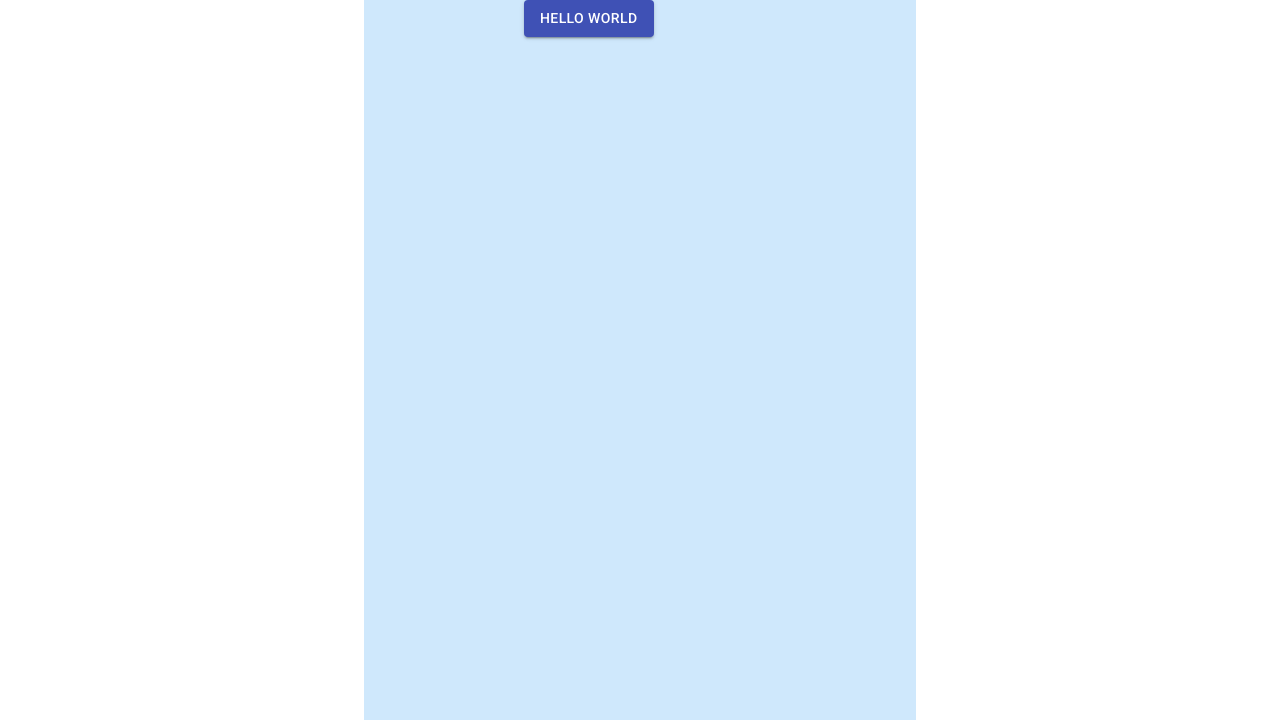
Repository: cherguiyacine/gitHubSearch
Page: /
The author's editor kept a copy of each file at every save. The page is drawn from the files as they stood at one save, then again after the next save.
The browser window is 1280 px wide. The pictures show the whole page.
The project was rebuilt for these pictures with package versions that can differ from the ones it lists, and the page was loaded fresh each time. Also part of the build but not shown: src/Component/Layout/Navbar.js, src/Component/Users/UserItem.js, src/Component/Layout/Spinner.js, src/Component/Users/Users.js, src/Component/Users/Search.js, src/App.js.

Above is the page before, as saved 2019-11-21 23:33:38.

After the next save:
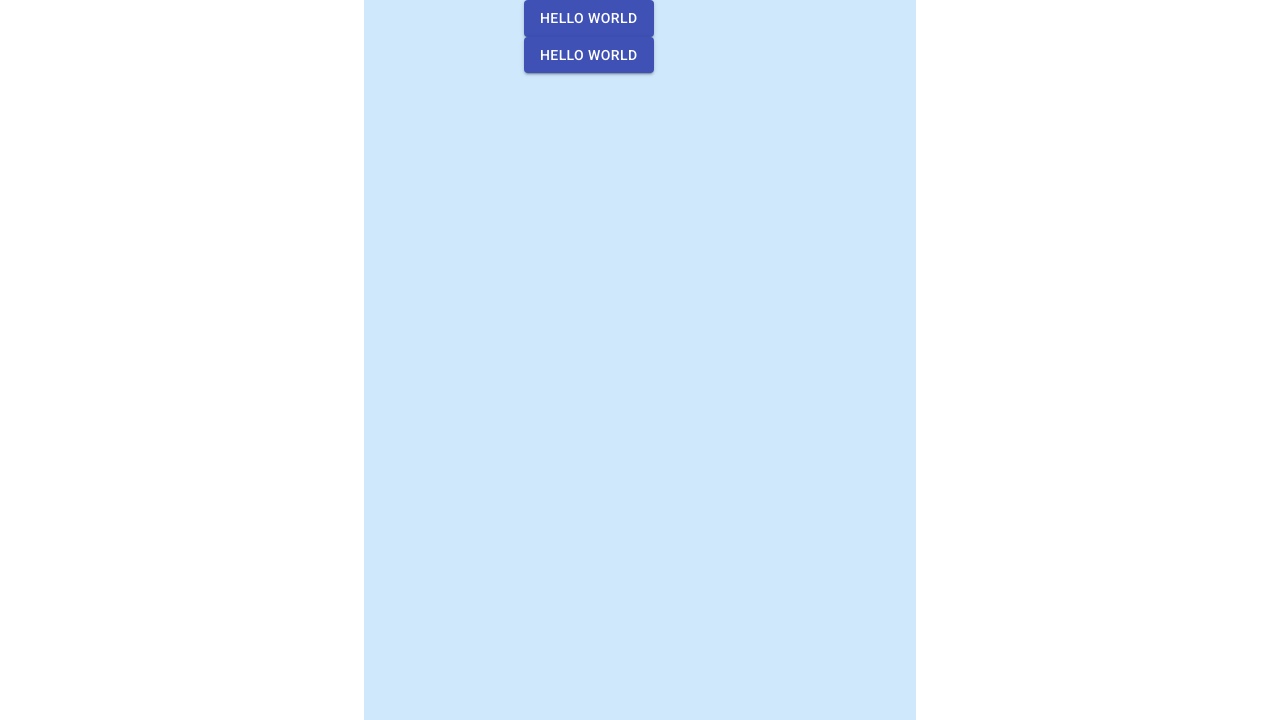
Saved 48 s later.
--- a/src/Authentification.js
+++ b/src/Authentification.js
@@ -33,6 +33,15 @@
                 Hello World
               </Button>
             </Box>
+            <Box component='span' m={20}>
+              <Button
+                onClick={this.onClick}
+                variant='contained'
+                color='primary'
+              >
+                Hello World
+              </Button>
+            </Box>
           </Typography>
         </Container>
       </React.Fragment>

After the save that followed:
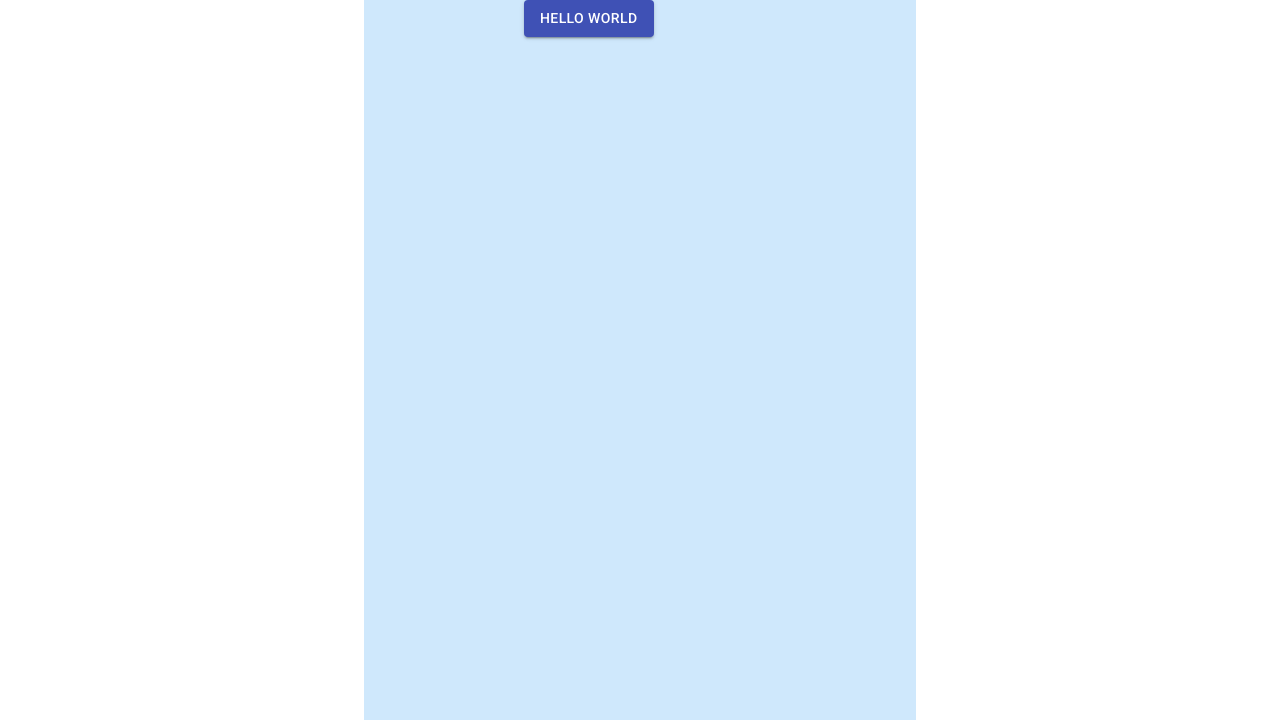
Saved 26 s later.
--- a/src/Authentification.js
+++ b/src/Authentification.js
@@ -33,15 +33,6 @@
                 Hello World
               </Button>
             </Box>
-            <Box component='span' m={20}>
-              <Button
-                onClick={this.onClick}
-                variant='contained'
-                color='primary'
-              >
-                Hello World
-              </Button>
-            </Box>
           </Typography>
         </Container>
       </React.Fragment>
